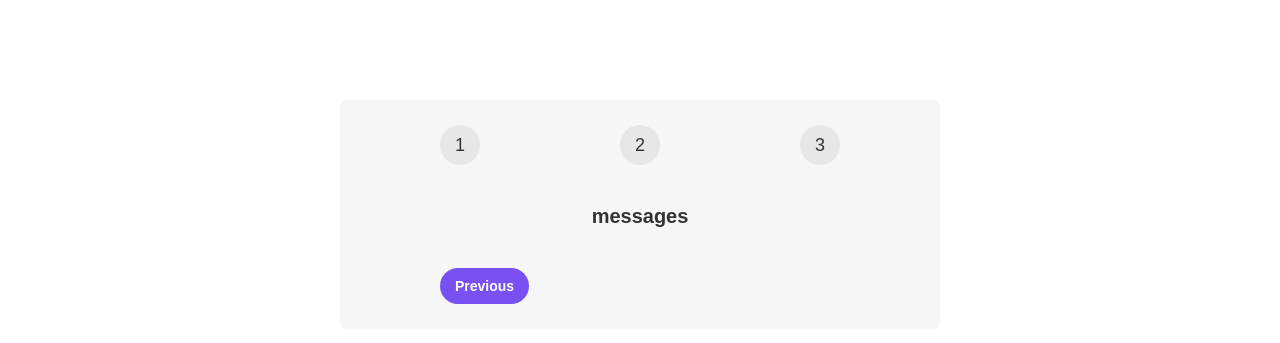
Repository: vgor15/steps
Page: /
The author's editor kept a copy of each file at every save. The page is drawn from the files as they stood at one save, then again after the next save.
The browser window is 1280 px wide. The pictures show the whole page.
The project was rebuilt for these pictures with package versions that can differ from the ones it lists, and the page was loaded fresh each time.

Above is the page before, as saved 2025-03-07 15:00:03.

### src/App.js
function App() {
  return (
    <div className="steps">
      <div className="numbers">
        <div>1</div>
        <div>2</div>
        <div>3</div>
      </div>

      <p className="message">messages</p>

      <div className="buttons">
        <button style={{ backgroundColor: "#7950f2", color: "#fff" }}>
          Previous
        </button>
      </div>
    </div>
  );
}
export default App;

Loaded but not shown: public/index.html (common file); src/index.js (common file); src/index.css (common file)

After the next save:
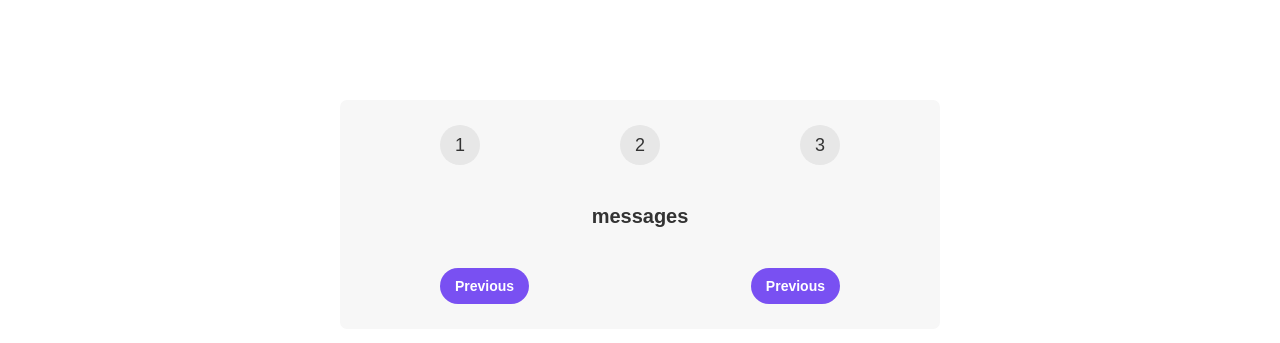
Saved 6 s later.
--- a/src/App.js
+++ b/src/App.js
@@ -13,6 +13,9 @@ function App() {
         <button style={{ backgroundColor: "#7950f2", color: "#fff" }}>
           Previous
         </button>
+        <button style={{ backgroundColor: "#7950f2", color: "#fff" }}>
+          Previous
+        </button>
       </div>
     </div>
   );
